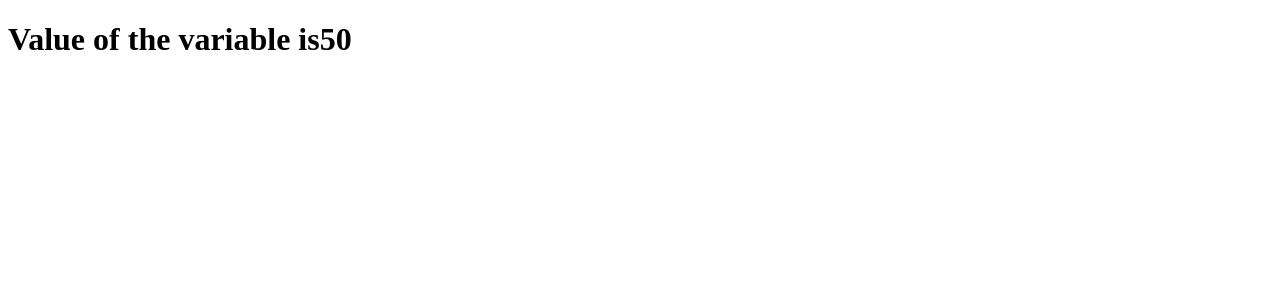
Repository: Hyosang56/Servlet
Page: http://localhost/JSPFirst240819/JSPEx/scriptTagEx.jsp
These files come from the project's save history. The page is drawn as it stood at one moment and after the next save; the edit follows.
The browser window is 1280 px wide. The pictures show the whole page.
The page is served by Tomcat 10.

Above is the page before, as saved 2024-08-19 02:42:15.

After the next save:
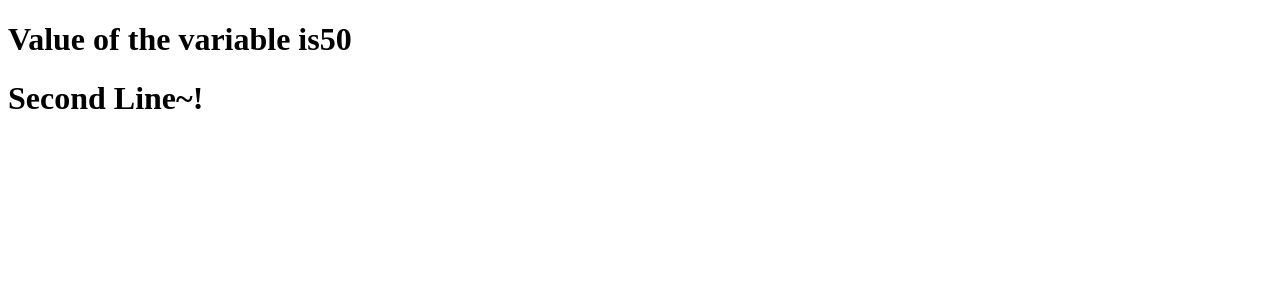
Saved 94 s later.
--- a/JSPFirst240819/src/main/webapp/JSPEx/scriptTagEx.jsp
+++ b/JSPFirst240819/src/main/webapp/JSPEx/scriptTagEx.jsp
@@ -12,7 +12,7 @@
 	%>
 	<%
 		out.println("<h1>"+ "Value of the variable is" + data + "<h1>");
-
+		out.println("Second Line~!");
 	%>
 </body>
 </html>
